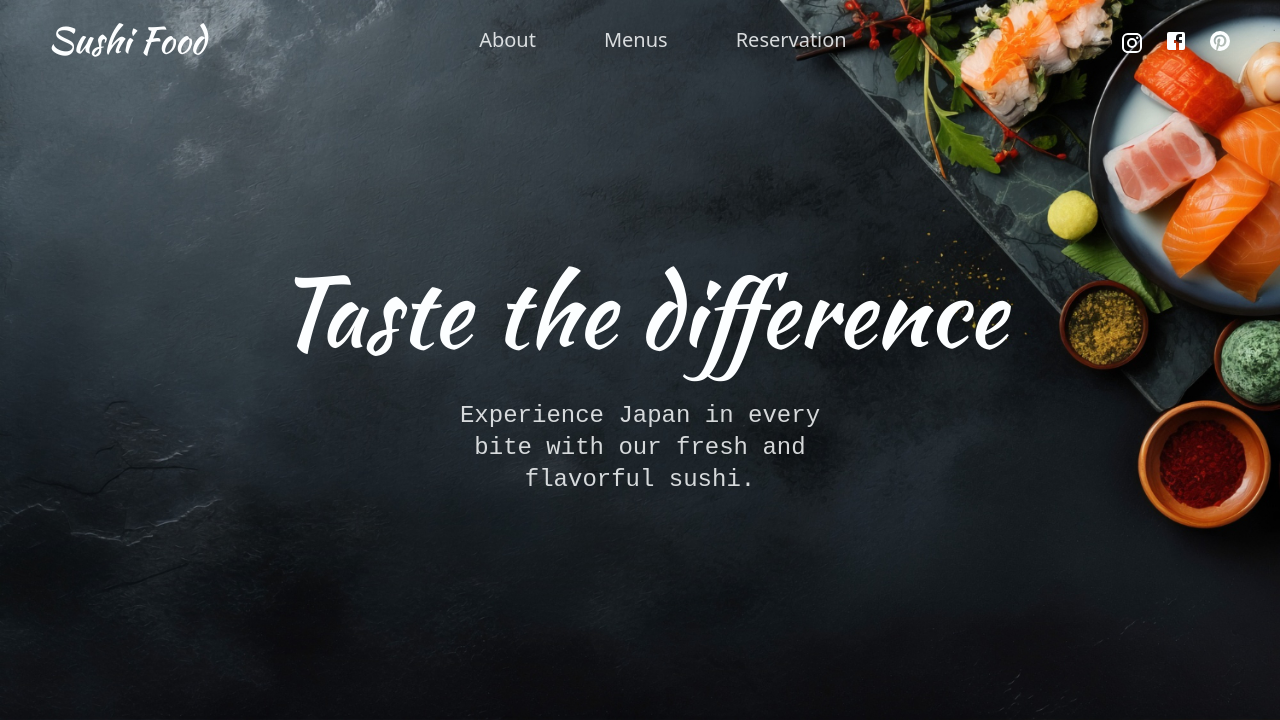
Repository: Adrien-legeleu/sushi-food
Page: /
These files come from the project's save history. The page is drawn as it stood at one moment and after the next save; the edit follows.
The browser window is 1280 px wide. The pictures show the whole page.
Some web fonts or font styles are not loaded; a fallback is used. The project was rebuilt for these pictures with package versions that can differ from the ones it lists, and the page was loaded fresh each time. Also part of the build but not shown: vite.config.ts.

Above is the page before, as saved 2024-04-28 20:23:14.

### src/App.tsx
import { Header, Landing } from "./Components"

const App =()=> {
  return (
    <div className="bg-greenBlack h-full w-full">
      <Header/>
      <Landing/>
    </div>
  )
}

export default App

### src/index.css
@import url('https://fonts.googleapis.com/css2?family=Kaushan+Script&family=Nanum+Gothic+Coding&display=swap');

@tailwind base;
@tailwind components;
@tailwind utilities;

*{
    margin: 0;
    padding: 0;
    box-sizing: border-box;
}

### src/Components/index.ts
export * from "./Landing";
export * from "./Header";

### src/Components/Landing.tsx
export const Landing =()=>{
    return(
        <div className="h-screen w-full bg-[url('././assets/mainfond.jpg')] bg-cover bg-center-top flex items-center justify-center flex-col gap-10 pt-10">
            <h1 className="font-title text-whiteTitle text-8xl">Taste the difference</h1>
            <p className="text-whiteText font-text text-2xl text-center w-1/3">Experience Japan in every bite with our fresh and flavorful sushi.</p>
        </div>
    )
}

### src/Components/Header.tsx
import InstagramIcon from '@mui/icons-material/Instagram';
import FacebookIcon from '@mui/icons-material/Facebook';
import PinterestIcon from '@mui/icons-material/Pinterest';
export const Header =()=>{
    return (
        <div className='fixed h-20 w-full max-w-[1400px] top-0 left-1/2 -translate-x-1/2 flex justify-between items-center pl-12 pr-12'>
            <h2 className='font-title text-4xl text-whiteTitle'>Sushi Food</h2>
            <ul className='flex items-center gap-5 justify-between text-whiteText text-xl'>
                <li className='cursor-pointer  duration-200 hover:bg-green rounded-full p-6 pt-2 pb-2'>About</li>
                <li className='cursor-pointer  duration-200 hover:bg-green rounded-full p-6 pt-2 pb-2'>Menus</li>
                <li className='cursor-pointer  duration-200 hover:bg-green rounded-full p-6 pt-2 pb-2'>Reservation</li>
            </ul>
            <ul className='flex items-center justify-between gap-5  text-whiteTitle'>
                <li className='cursor-pointer text-3xl  duration-300 hover:scale-125'>
                    <InstagramIcon/>


                </li>
                <li className='cursor-pointer  duration-300 hover:scale-125'> <FacebookIcon/></li>
                <li className='cursor-pointer  duration-300 hover:scale-125'><PinterestIcon/></li>
            </ul>
        </div>
    )
}

### tailwind.config.js
/** @type {import('tailwindcss').Config} */
export default {
  content: ["./index.html", "./src/**/*.{js,ts,jsx,tsx}"],
  theme: {
    extend: {
      backgroundColor: {
        greenBlack: "#0B1517",
      },
      colors: {
        green: "#A6977C",
        whiteTitle: "#FCFEFF",
        whiteText: "#FCFEFFD5",
      },
    },
    fontFamily: {
      title: ["Kaushan Script", "cursive"],
      text: ["Nanum Gothic Coding", "monospace"],
    },
  },
  plugins: [],
};

Loaded but not shown: index.html (common file); src/main.tsx (common file)

After the next save:
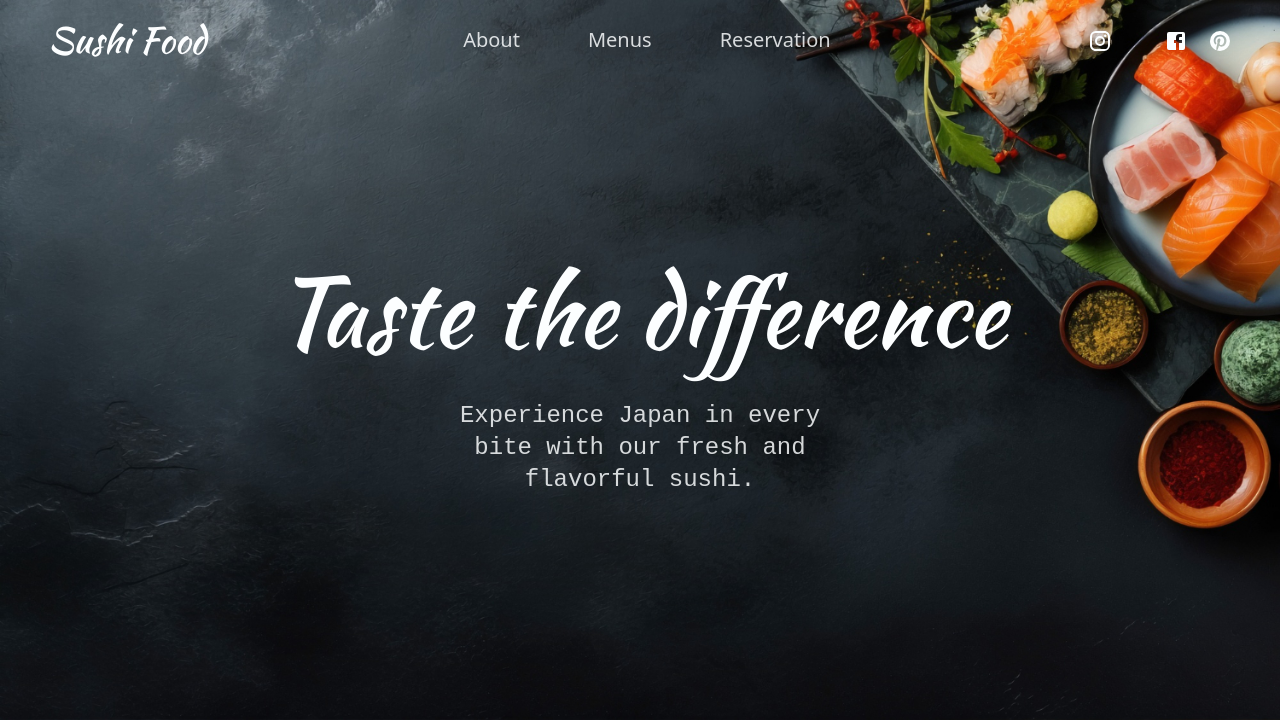
Saved 9 s later.
--- a/src/Components/Header.tsx
+++ b/src/Components/Header.tsx
@@ -11,7 +11,7 @@ export const Header =()=>{
                 <li className='cursor-pointer  duration-200 hover:bg-green rounded-full p-6 pt-2 pb-2'>Reservation</li>
             </ul>
             <ul className='flex items-center justify-between gap-5  text-whiteTitle'>
-                <li className='cursor-pointer text-3xl  duration-300 hover:scale-125'>
+                <li className='cursor-pointer w-14  duration-300 hover:scale-125'>
                     <InstagramIcon/>
 
 
